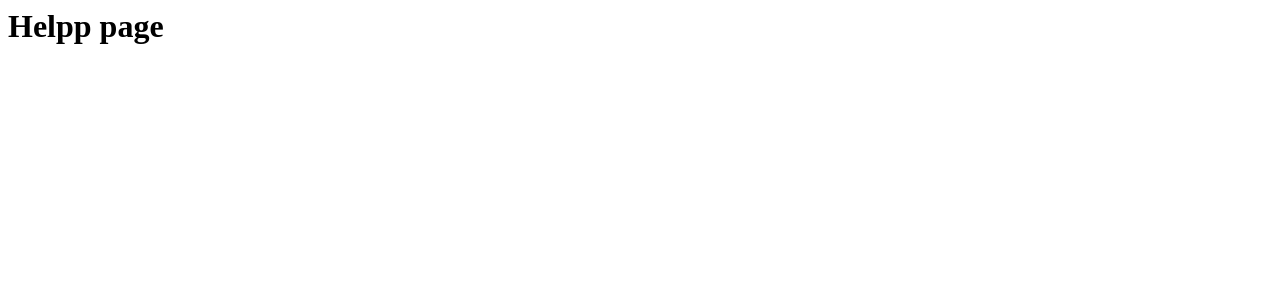
Repository: Dipak27/Dipak-s-front-end
Page: http://localhost/Traning_Management/help.jsp
The author's editor kept a copy of each file at every save. The page is drawn from the files as they stood at one save, then again after the next save.
The browser window is 1280 px wide. The pictures show the whole page.
The page is served by Tomcat 9. Other server files are loaded and not shown.

Above is the page before, as saved 2016-11-09 09:26:32.

### Training Management Project/Traning_Management/src/main/webapp/help.jsp
<h1>Helpp page</h1>

After the next save:
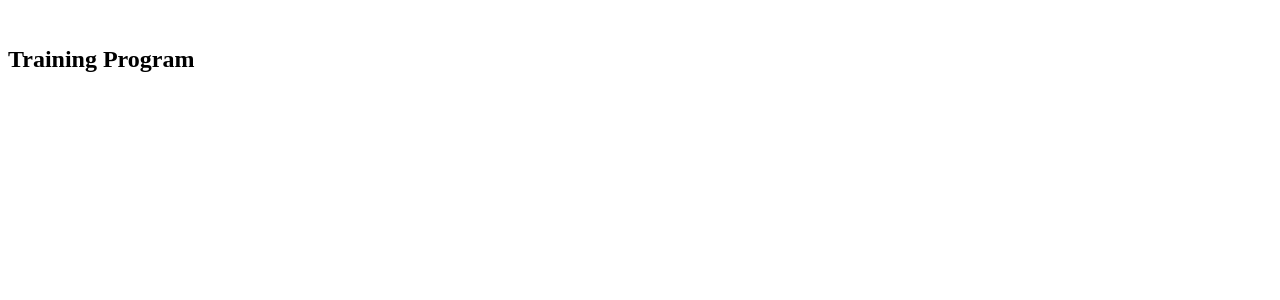
Saved 28 s later.
--- a/Training Management Project/Traning_Management/src/main/webapp/help.jsp
+++ b/Training Management Project/Traning_Management/src/main/webapp/help.jsp
@@ -1 +1,37 @@
-<h1>Helpp page</h1>
+<!-- CONTENTS START -->
+
+
+
+
+	<div class="container_24">
+
+		<div class="grid_24">
+			<div class="contents">
+
+				<div class="grid_24 omega">
+					<div class="padding_20 text-justify">
+								<div class="grid_18 omega">
+						 &nbsp;&nbsp;<h2>Training Program</h2>
+							<div class="padding_20 text-justify">
+								<form id="frmMain" class="frmMain" action="UserValidationServlet" method="post">
+									<table class="form-table" style="width:auto">
+
+
+									</table>
+								</form>
+							</div>
+						</div>
+
+					</div>
+				</div>
+
+
+
+				<div class="clear"></div>
+				<div class="padding_20 text-justify">
+
+				</div>
+			</div>
+		</div>
+	</div>
+	<!-- CONTENTS END -->
